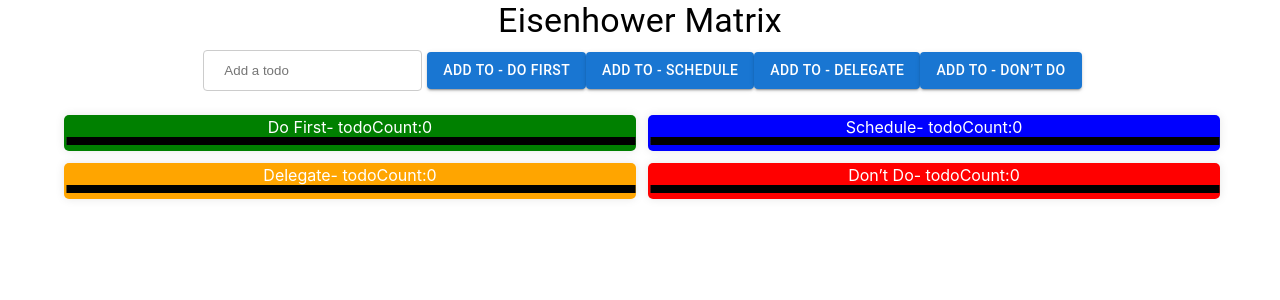
Repository: GokulDev4U/Krixi_react_assignment
Page: /
The author's editor kept a copy of each file at every save. The page is drawn from the files as they stood at one save, then again after the next save.
The browser window is 1280 px wide. The pictures show the whole page.
The project was rebuilt for these pictures with package versions that can differ from the ones it lists, and the page was loaded fresh each time.

Above is the page before, as saved 2022-04-05 13:54:36.

After the next save:
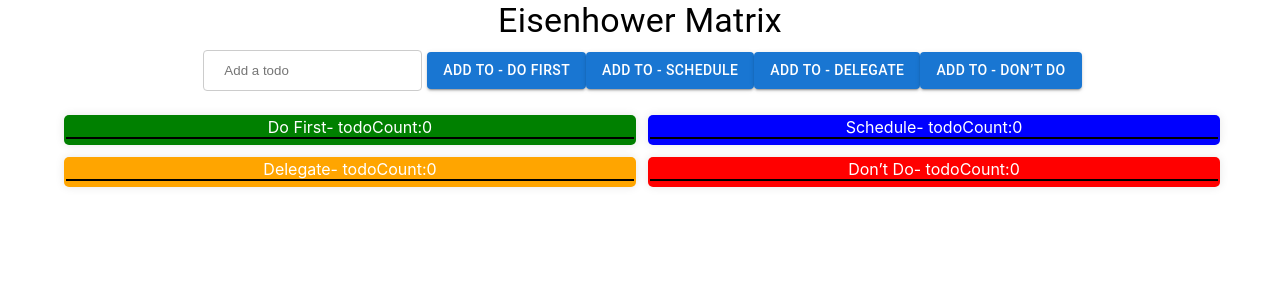
Saved 39 s later.
--- a/src/Components/card/Card.css
+++ b/src/Components/card/Card.css
@@ -12,11 +12,12 @@
     display: flex;
     flex-direction: column;
     justify-content: space-around;
+    border: 1px solid black;
  }
  .card-content-item{
       width: 100%;
       height: 100%;
       background-color: rgb(187, 231, 202);
       border-radius: 5px;
-      border: 1px solid black;
+      /* border: 1px solid black; */
  }
